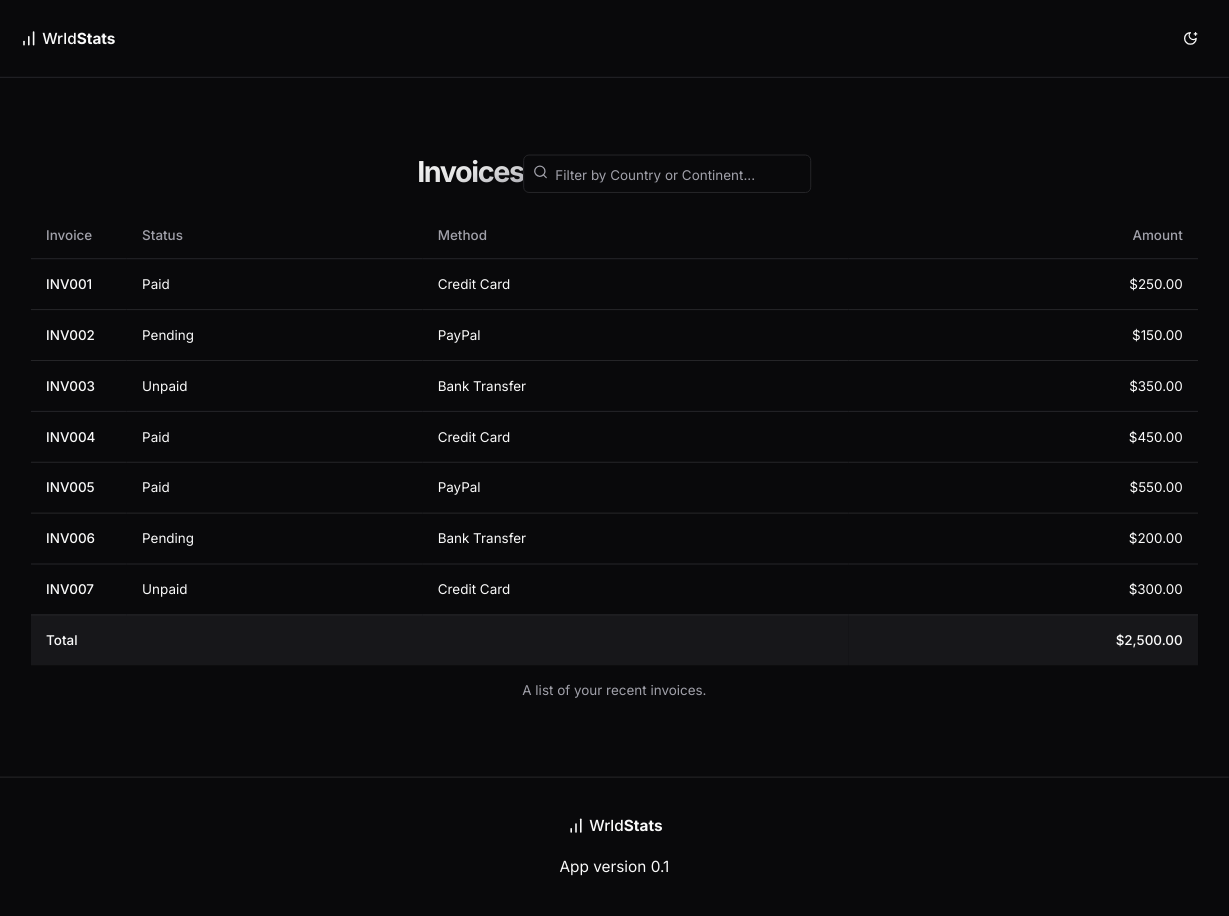
Repository: tushcmd/wrld-stats
Page: /
These files come from the project's save history. The page is drawn as it stood at one moment and after the next save; the edit follows.
The browser window is 1280 px wide. The pictures show the whole page, at 96% of full size.
The project was rebuilt for these pictures with package versions that can differ from the ones it lists, and the page was loaded fresh each time. The framework's server and built-in components were replaced by stand-ins that run in the browser. Also part of the build but not shown: next.config.mjs.

Above is the page before, as saved 2024-04-21 17:16:12.

### app/layout.tsx
import './globals.css';
import { Inter } from 'next/font/google';

import { Metadata, Viewport } from 'next';
import siteMetadata from '../data/siteMetadata';

import Navbar from '@/components/shared/Navbar';
import Footer from '@/components/shared/Footer';
import AppProviders from '@/components/providers/AppProviders';

const inter = Inter({ subsets: ['latin'] });

export const viewport: Viewport = {
  width: 'device-width',
  initialScale: 1,
  maximumScale: 1,
};

export const metadata: Metadata = {
  metadataBase: new URL(siteMetadata.siteUrl),
  title: {
    default: siteMetadata.title,
    template: `%s | ${siteMetadata.title}`,
  },
  description: siteMetadata.description,
  openGraph: {
    title: siteMetadata.title,
    description: siteMetadata.description,
    url: './',
    siteName: siteMetadata.title,
    locale: 'en',
    type: 'website',
  },
  alternates: {
    canonical: './',
  },
  robots: {
    index: true,
    follow: true,
    googleBot: {
      index: true,
      follow: true,
      'max-video-preview': -1,
      'max-image-preview': 'large',
      'max-snippet': -1,
    },
  },
  twitter: {
    title: siteMetadata.title,
    card: 'summary_large_image',
  },
};

export default function RootLayout({ children }: { children: React.ReactNode }) {
  return (
    <html lang="en" suppressHydrationWarning>
      <body className={inter.className}>
        <AppProviders>
          <Navbar />
          {children}
          <Footer />
        </AppProviders>
      </body>
    </html>
  );
}

### app/page.tsx
import Hero from '@/components/Hero';

export default function Home() {
  return (
    <main className="page-container">
      <Hero />
    </main>
  );
}

### app/globals.css
@tailwind base;
@tailwind components;
@tailwind utilities;

@layer base {
  :root {
    --background: 0 0% 100%;
    --foreground: 240 10% 3.9%;

    --card: 0 0% 100%;
    --card-foreground: 240 10% 3.9%;

    --popover: 0 0% 100%;
    --popover-foreground: 240 10% 3.9%;

    --primary: 240 5.9% 10%;
    --primary-foreground: 0 0% 98%;

    --secondary: 240 4.8% 95.9%;
    --secondary-foreground: 240 5.9% 10%;

    --muted: 240 4.8% 95.9%;
    --muted-foreground: 240 3.8% 46.1%;

    --accent: 240 4.8% 95.9%;
    --accent-foreground: 240 5.9% 10%;

    --destructive: 0 84.2% 60.2%;
    --destructive-foreground: 0 0% 98%;

    --border: 240 5.9% 90%;
    --input: 240 5.9% 90%;
    --ring: 240 10% 3.9%;

    --radius: 0.5rem;
  }

  .dark {
    --background: 240 10% 3.9%;
    --foreground: 0 0% 98%;

    --card: 240 10% 3.9%;
    --card-foreground: 0 0% 98%;

    --popover: 240 10% 3.9%;
    --popover-foreground: 0 0% 98%;

    --primary: 0 0% 98%;
    --primary-foreground: 240 5.9% 10%;

    --secondary: 240 3.7% 15.9%;
    --secondary-foreground: 0 0% 98%;

    --muted: 240 3.7% 15.9%;
    --muted-foreground: 240 5% 64.9%;

    --accent: 240 3.7% 15.9%;
    --accent-foreground: 0 0% 98%;

    --destructive: 0 62.8% 30.6%;
    --destructive-foreground: 0 0% 98%;

    --border: 240 3.7% 15.9%;
    --input: 240 3.7% 15.9%;
    --ring: 240 4.9% 83.9%;
  }

}

@layer base {
  * {
    @apply border-border;
  }
  body {
    @apply bg-background text-foreground;
  }
}

@layer components {

  /* FONT SIZES */
  .h1 {
		@apply text-5xl lg:text-6xl font-bold;
	}
	.h2 {
		@apply sm:text-3xl text-4xl font-bold;
	}
	.h3 {
		@apply text-2xl font-medium;
	}
	.h4 {
		@apply text-xl sm:text-lg font-normal;
	}

  /* LAYOUTS  */
	.layout-container {
		@apply container mx-auto px-5;
	}

	.page-container {
		@apply container py-20 flex flex-col gap-16 max-w-7xl;
	}
}

### data/siteMetadata.ts
const siteMetada = {
        title: "Wrld Stats",
        author: "Tush",
        headerTitle: "Wrld Stats",
        description: "Visualiser for world stats in different countries",
        language: "en",
        theme: "system", // system, dark or light
        siteUrl: "https://tushdev.co/",
        siteLogo: "public/vercel.png",
        locale: "en",
}

export default siteMetada

### components/shared/Navbar.tsx
import React, { FC } from 'react';
import ThemeSwitcherButton from '../ui/ThemeSwitcher';
import Logo from './Logo';

const Navbar: FC = () => {
  return (
    <nav className="border-b py-5">
      <div className="layout-container flex justify-between items-center max-w-7xl">
        <Logo />
        <ThemeSwitcherButton />
      </div>
    </nav>
  );
};

export default Navbar;

### components/shared/Footer.tsx
import React, { FC } from 'react'
import Logo from './Logo'
import { APP_VERSION } from '@/lib/config'

const Footer: FC = () => {
  return (
    <footer className='border-t'>
        <div className='layout-container flex flex-col gap-5 items-center  justify-center py-10'>
            <Logo />
            <p>App version {APP_VERSION}</p>
        </div>

    </footer>
  )
}

export default Footer

### components/providers/AppProviders.tsx
'use client';

import { ThemeProvider } from 'next-themes';
import { FC, ReactNode } from 'react';

interface AppProvidersProps {
  children: ReactNode;
}


const AppProviders: FC<AppProvidersProps> = ({ children }) => {
  return (
    <>
      <ThemeProvider attribute="class" disableTransitionOnChange defaultTheme="dark" enableSystem>
        {children}

      </ThemeProvider>
    </>
  );
};

export default AppProviders;

### components/Hero.tsx
import { Search } from 'lucide-react';
import React, { FC } from 'react';
import { TableDemo } from './list';
import { Input } from './ui/input';

const Hero: FC = () => {
  return (
    <section className="flex flex-col items-center justify-center gap-5">
      <div className='flex md:flex-row justify-between'>
        <p className='text-base lg:text-3xl tracking-tighter font-bold bg-gradient-to-br from-foreground via-secondary-foreground/90 to-muted-foreground bg-clip-text text-transparent drop-shadow-sm'>Invoices</p>
        <form className="ml-auto flex-1 sm:flex-initial">
          <div className="relative">
            <Search className="absolute left-2.5 top-2.5 h-4 w-4 text-muted-foreground" />
            <Input
              type="search"
              placeholder="Filter by Country or Continent..."
              className="pl-8 sm:w-[300px] md:w-[200px] lg:w-[300px]" />
          </div>
        </form>
      </div>

      <TableDemo />
    </section>
  );
};


export default Hero;

### components/ui/ThemeSwitcher.tsx
"use client";

import { useTheme } from "next-themes";
import React, { FC, useEffect, useState } from "react";
import { SunIcon,  Laptop, MoonStarIcon } from "lucide-react";
import {
	DropdownMenu,
	DropdownMenuContent,
	DropdownMenuItem,
	DropdownMenuTrigger,
} from "./dropdown-menu";
import { Button } from "./button";

const themes = [
	{
		value: "light",
		label: "Light",
		icon: SunIcon,
	},
	{
		value: "dark",
		label: "Dark",
		icon: MoonStarIcon,
	},
	{
		value: "system",
		label: "System",
		icon: Laptop,
	},
];

const ThemeSwitcher: FC = () => {
  const [mounted, setMounted] = useState(false)
	const { theme, setTheme } = useTheme();
	const currentTheme = themes.find((t) => t.value === theme);
	const ThemeIcon = currentTheme?.icon

  useEffect(() => {
    setMounted(true)
  }, [])

	return mounted && (
		<div className="flex">
			<DropdownMenu  >
				<DropdownMenuTrigger asChild>
					<Button variant="ghost" size={"icon"}>{!!ThemeIcon && <ThemeIcon className="w-4 h-4"/>}</Button>
				</DropdownMenuTrigger>
				<DropdownMenuContent>
					{themes.map(({value, label}) => <DropdownMenuItem role="button" onClick={() => setTheme(value)} key={value}>{label}</DropdownMenuItem>)}
				</DropdownMenuContent>
			</DropdownMenu>
		</div>
	);
};

export default ThemeSwitcher;

### components/shared/Logo.tsx

import { URLS } from "@/lib/urls";
import { BarChart } from "lucide-react";
import Link from "next/link";
import React, { FC } from "react";

const Logo: FC = () => {
	return (
		<Link href={URLS.HOMEPAGE} className="flex items-center gap-1 component-focus rounded-md">
			<BarChart   className="w-5 h-5 fill-current" />
			<h1 className="inline-flex flex-col gap-0 leading-none font-medium">
				<p>Wrld<span className="font-bold">Stats</span></p>
			</h1>
		</Link>
	);
};

export default Logo;

### lib/config.ts
export const APP_VERSION = 0.1

### components/list.tsx
import {
    Table,
    TableBody,
    TableCaption,
    TableCell,
    TableFooter,
    TableHead,
    TableHeader,
    TableRow,
} from "@/components/ui/table"

const invoices = [
    {
        invoice: "INV001",
        paymentStatus: "Paid",
        totalAmount: "$250.00",
        paymentMethod: "Credit Card",
    },
    {
        invoice: "INV002",
        paymentStatus: "Pending",
        totalAmount: "$150.00",
        paymentMethod: "PayPal",
    },
    {
        invoice: "INV003",
        paymentStatus: "Unpaid",
        totalAmount: "$350.00",
        paymentMethod: "Bank Transfer",
    },
    {
        invoice: "INV004",
        paymentStatus: "Paid",
        totalAmount: "$450.00",
        paymentMethod: "Credit Card",
    },
    {
        invoice: "INV005",
        paymentStatus: "Paid",
        totalAmount: "$550.00",
        paymentMethod: "PayPal",
    },
    {
        invoice: "INV006",
        paymentStatus: "Pending",
        totalAmount: "$200.00",
        paymentMethod: "Bank Transfer",
    },
    {
        invoice: "INV007",
        paymentStatus: "Unpaid",
        totalAmount: "$300.00",
        paymentMethod: "Credit Card",
    },
]

export function TableDemo() {
    return (
        <Table>
            <TableCaption>A list of your recent invoices.</TableCaption>
            <TableHeader>
                <TableRow>
                    <TableHead className="w-[100px]">Invoice</TableHead>
                    <TableHead>Status</TableHead>
                    <TableHead>Method</TableHead>
                    <TableHead className="text-right">Amount</TableHead>
                </TableRow>
            </TableHeader>
            <TableBody>
                {invoices.map((invoice) => (
                    <TableRow key={invoice.invoice}>
                        <TableCell className="font-medium">{invoice.invoice}</TableCell>
                        <TableCell>{invoice.paymentStatus}</TableCell>
                        <TableCell>{invoice.paymentMethod}</TableCell>
                        <TableCell className="text-right">{invoice.totalAmount}</TableCell>
                    </TableRow>
                ))}
            </TableBody>
            <TableFooter>
                <TableRow>
                    <TableCell colSpan={3}>Total</TableCell>
                    <TableCell className="text-right">$2,500.00</TableCell>
                </TableRow>
            </TableFooter>
        </Table>
    )
}



//import React from 'react'
//
//const List = () => {
//  return (
//    <div>List</div>
//  )
//}
//
//export default List

### components/ui/input.tsx
import * as React from "react"

import { cn } from "@/lib/utils"

export interface InputProps
  extends React.InputHTMLAttributes<HTMLInputElement> {}

const Input = React.forwardRef<HTMLInputElement, InputProps>(
  ({ className, type, ...props }, ref) => {
    return (
      <input
        type={type}
        className={cn(
          "flex h-10 w-full rounded-md border border-input bg-background px-3 py-2 text-sm ring-offset-background file:border-0 file:bg-transparent file:text-sm file:font-medium placeholder:text-muted-foreground focus-visible:outline-none focus-visible:ring-2 focus-visible:ring-ring focus-visible:ring-offset-2 disabled:cursor-not-allowed disabled:opacity-50",
          className
        )}
        ref={ref}
        {...props}
      />
    )
  }
)
Input.displayName = "Input"

export { Input }

### components/ui/button.tsx
import * as React from "react"
import { Slot } from "@radix-ui/react-slot"
import { cva, type VariantProps } from "class-variance-authority"

import { cn } from "@/lib/utils"

const buttonVariants = cva(
  "inline-flex items-center justify-center whitespace-nowrap rounded-md text-sm font-medium ring-offset-background transition-colors focus-visible:outline-none focus-visible:ring-2 focus-visible:ring-ring focus-visible:ring-offset-2 disabled:pointer-events-none disabled:opacity-50",
  {
    variants: {
      variant: {
        default: "bg-primary text-primary-foreground hover:bg-primary/90",
        destructive:
          "bg-destructive text-destructive-foreground hover:bg-destructive/90",
        outline:
          "border border-input bg-background hover:bg-accent hover:text-accent-foreground",
        secondary:
          "bg-secondary text-secondary-foreground hover:bg-secondary/80",
        ghost: "hover:bg-accent hover:text-accent-foreground",
        link: "text-primary underline-offset-4 hover:underline",
      },
      size: {
        default: "h-10 px-4 py-2",
        sm: "h-9 rounded-md px-3",
        lg: "h-11 rounded-md px-8",
        icon: "h-10 w-10",
      },
    },
    defaultVariants: {
      variant: "default",
      size: "default",
    },
  }
)

export interface ButtonProps
  extends React.ButtonHTMLAttributes<HTMLButtonElement>,
    VariantProps<typeof buttonVariants> {
  asChild?: boolean
}

const Button = React.forwardRef<HTMLButtonElement, ButtonProps>(
  ({ className, variant, size, asChild = false, ...props }, ref) => {
    const Comp = asChild ? Slot : "button"
    return (
      <Comp
        className={cn(buttonVariants({ variant, size, className }))}
        ref={ref}
        {...props}
      />
    )
  }
)
Button.displayName = "Button"

export { Button, buttonVariants }

### lib/urls.ts
export enum URLS {
    HOMEPAGE = "/"
}

### components/ui/table.tsx
import * as React from "react"

import { cn } from "@/lib/utils"

const Table = React.forwardRef<
  HTMLTableElement,
  React.HTMLAttributes<HTMLTableElement>
>(({ className, ...props }, ref) => (
  <div className="relative w-full overflow-auto">
    <table
      ref={ref}
      className={cn("w-full caption-bottom text-sm", className)}
      {...props}
    />
  </div>
))
Table.displayName = "Table"

const TableHeader = React.forwardRef<
  HTMLTableSectionElement,
  React.HTMLAttributes<HTMLTableSectionElement>
>(({ className, ...props }, ref) => (
  <thead ref={ref} className={cn("[&_tr]:border-b", className)} {...props} />
))
TableHeader.displayName = "TableHeader"

const TableBody = React.forwardRef<
  HTMLTableSectionElement,
  React.HTMLAttributes<HTMLTableSectionElement>
>(({ className, ...props }, ref) => (
  <tbody
    ref={ref}
    className={cn("[&_tr:last-child]:border-0", className)}
    {...props}
  />
))
TableBody.displayName = "TableBody"

const TableFooter = React.forwardRef<
  HTMLTableSectionElement,
  React.HTMLAttributes<HTMLTableSectionElement>
>(({ className, ...props }, ref) => (
  <tfoot
    ref={ref}
    className={cn(
      "border-t bg-muted/50 font-medium [&>tr]:last:border-b-0",
      className
    )}
    {...props}
  />
))
TableFooter.displayName = "TableFooter"

const TableRow = React.forwardRef<
  HTMLTableRowElement,
  React.HTMLAttributes<HTMLTableRowElement>
>(({ className, ...props }, ref) => (
  <tr
    ref={ref}
    className={cn(
      "border-b transition-colors hover:bg-muted/50 data-[state=selected]:bg-muted",
      className
    )}
    {...props}
  />
))
TableRow.displayName = "TableRow"

const TableHead = React.forwardRef<
  HTMLTableCellElement,
  React.ThHTMLAttributes<HTMLTableCellElement>
>(({ className, ...props }, ref) => (
  <th
    ref={ref}
    className={cn(
      "h-12 px-4 text-left align-middle font-medium text-muted-foreground [&:has([role=checkbox])]:pr-0",
      className
    )}
    {...props}
  />
))
TableHead.displayName = "TableHead"

const TableCell = React.forwardRef<
  HTMLTableCellElement,
  React.TdHTMLAttributes<HTMLTableCellElement>
>(({ className, ...props }, ref) => (
  <td
    ref={ref}
    className={cn("p-4 align-middle [&:has([role=checkbox])]:pr-0", className)}
    {...props}
  />
))
TableCell.displayName = "TableCell"

const TableCaption = React.forwardRef<
  HTMLTableCaptionElement,
  React.HTMLAttributes<HTMLTableCaptionElement>
>(({ className, ...props }, ref) => (
  <caption
    ref={ref}
    className={cn("mt-4 text-sm text-muted-foreground", className)}
    {...props}
  />
))
TableCaption.displayName = "TableCaption"

export {
  Table,
  TableHeader,
  TableBody,
  TableFooter,
  TableHead,
  TableRow,
  TableCell,
  TableCaption,
}

### tailwind.config.ts
import type { Config } from "tailwindcss"


const config = {
  darkMode: ["class"],
  content: [
    './pages/**/*.{ts,tsx}',
    './components/**/*.{ts,tsx}',
    './app/**/*.{ts,tsx}',
    './src/**/*.{ts,tsx}',
	],
  prefix: "",
  theme: {
    container: {
      center: true,
      padding: "2rem",
      screens: {
        "2xl": "1400px",
      },
    },
    extend: {
      colors: {
        border: "hsl(var(--border))",
        input: "hsl(var(--input))",
        ring: "hsl(var(--ring))",
        background: "hsl(var(--background))",
        foreground: "hsl(var(--foreground))",
        primary: {
          DEFAULT: "hsl(var(--primary))",
          foreground: "hsl(var(--primary-foreground))",
        },
        secondary: {
          DEFAULT: "hsl(var(--secondary))",
          foreground: "hsl(var(--secondary-foreground))",
        },
        destructive: {
          DEFAULT: "hsl(var(--destructive))",
          foreground: "hsl(var(--destructive-foreground))",
        },
        muted: {
          DEFAULT: "hsl(var(--muted))",
          foreground: "hsl(var(--muted-foreground))",
        },
        accent: {
          DEFAULT: "hsl(var(--accent))",
          foreground: "hsl(var(--accent-foreground))",
        },
        popover: {
          DEFAULT: "hsl(var(--popover))",
          foreground: "hsl(var(--popover-foreground))",
        },
        card: {
          DEFAULT: "hsl(var(--card))",
          foreground: "hsl(var(--card-foreground))",
        },
      },
      borderRadius: {
        lg: "var(--radius)",
        md: "calc(var(--radius) - 2px)",
        sm: "calc(var(--radius) - 4px)",
      },
      keyframes: {
        "accordion-down": {
          from: { height: "0" },
          to: { height: "var(--radix-accordion-content-height)" },
        },
        "accordion-up": {
          from: { height: "var(--radix-accordion-content-height)" },
          to: { height: "0" },
        },
      },
      animation: {
        "accordion-down": "accordion-down 0.2s ease-out",
        "accordion-up": "accordion-up 0.2s ease-out",
      },
    },
  },
  plugins: [require("tailwindcss-animate")],
} satisfies Config

export default config

const BREAKPOINTS = {
	SM: {
		MIN: 0,
		MAX: 1024,
	},
	LG: {
		MIN: 1025,
		MAX: 1920,
	},
};

Loaded but not shown: lib/utils.ts (common file); components/ui/dropdown-menu.tsx (200 lines, source omitted)

After the next save:
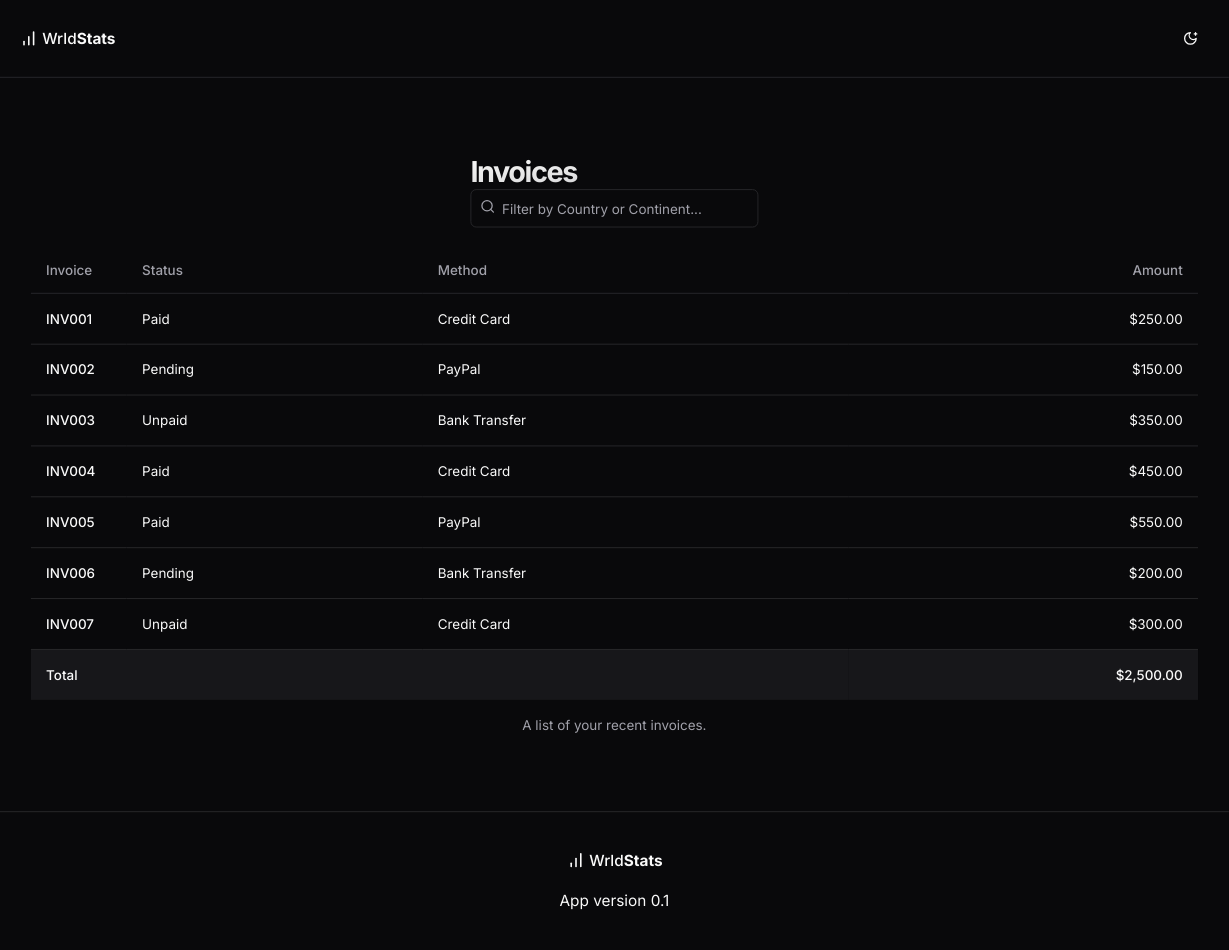
Saved 50 s later.
--- a/components/Hero.tsx
+++ b/components/Hero.tsx
@@ -6,7 +6,7 @@
 const Hero: FC = () => {
   return (
     <section className="flex flex-col items-center justify-center gap-5">
-      <div className='flex md:flex-row justify-between'>
+      <div className=''>
         <p className='text-base lg:text-3xl tracking-tighter font-bold bg-gradient-to-br from-foreground via-secondary-foreground/90 to-muted-foreground bg-clip-text text-transparent drop-shadow-sm'>Invoices</p>
         <form className="ml-auto flex-1 sm:flex-initial">
           <div className="relative">

After the save that followed:
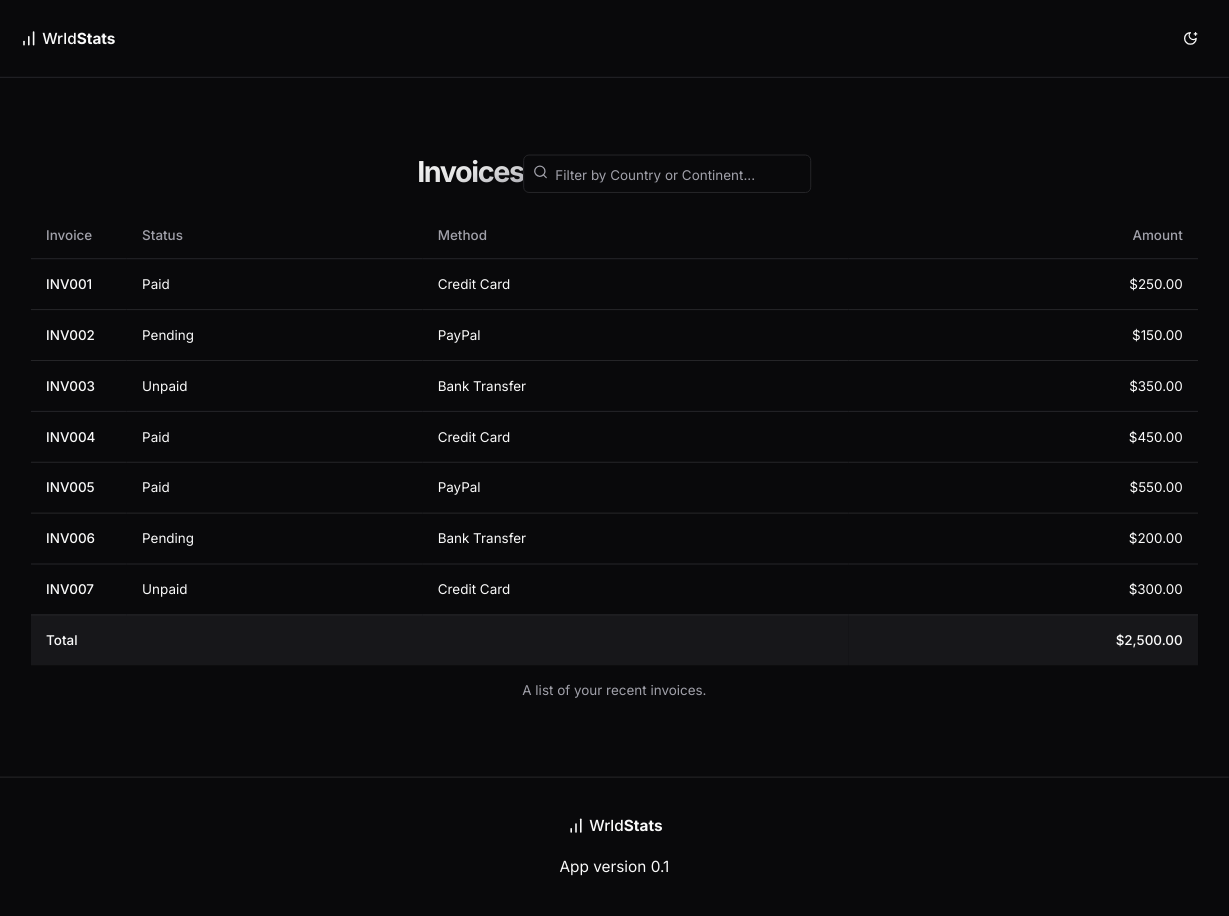
Saved 18 s later.
--- a/components/Hero.tsx
+++ b/components/Hero.tsx
@@ -6,7 +6,7 @@
 const Hero: FC = () => {
   return (
     <section className="flex flex-col items-center justify-center gap-5">
-      <div className=''>
+      <div className='flex flex-row justify-between'>
         <p className='text-base lg:text-3xl tracking-tighter font-bold bg-gradient-to-br from-foreground via-secondary-foreground/90 to-muted-foreground bg-clip-text text-transparent drop-shadow-sm'>Invoices</p>
         <form className="ml-auto flex-1 sm:flex-initial">
           <div className="relative">
